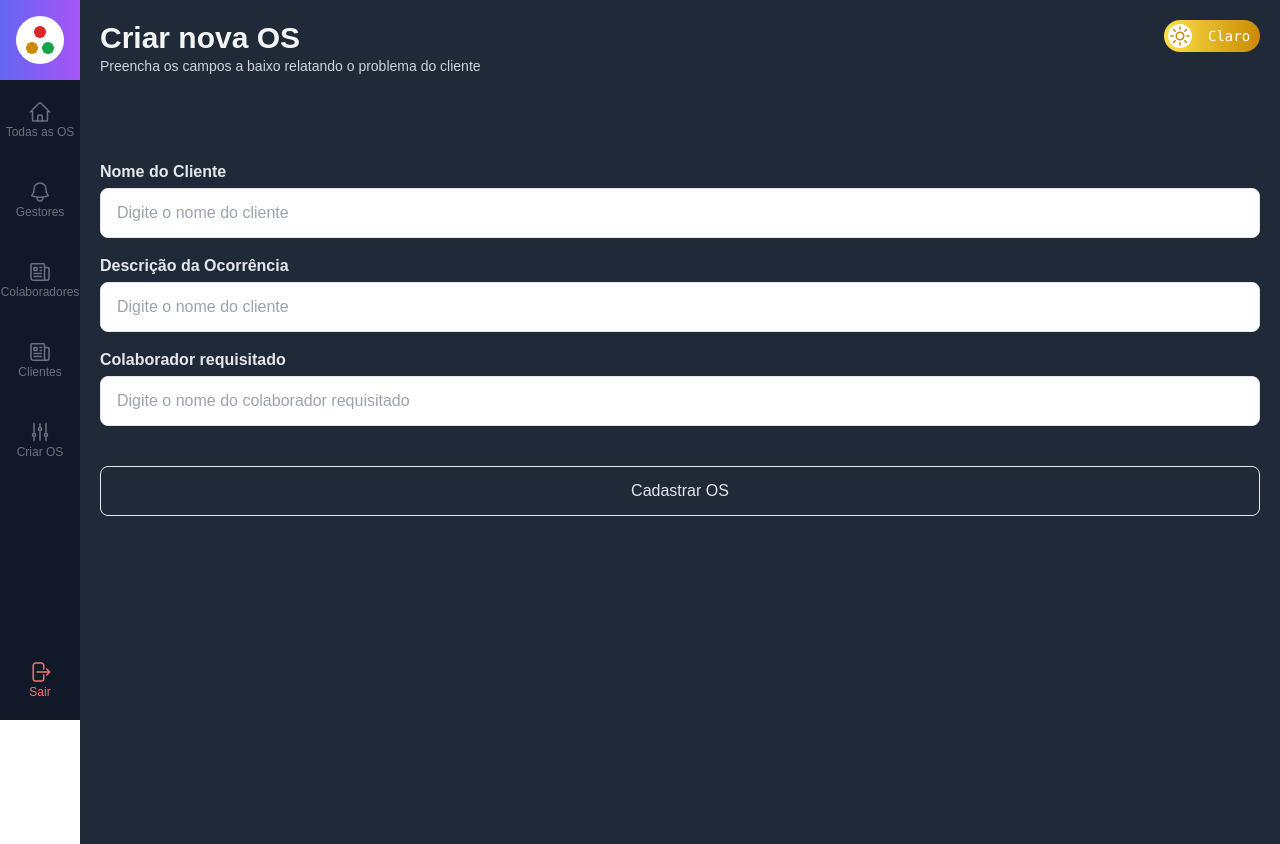
Repository: JackSSads/udemy-nextjs
Page: /create-os
The author's editor kept a copy of each file at every save. The page is drawn from the files as they stood at one save, then again after the next save.
The browser window is 1280 px wide. The pictures show the whole page.
The project was rebuilt for these pictures with package versions that can differ from the ones it lists, and the page was loaded fresh each time. The framework's server and built-in components were replaced by stand-ins that run in the browser. Also part of the build but not shown: next.config.js.

Above is the page before, as saved 2022-10-30 12:04:35.

### src/pages/_app.tsx
import '../styles/globals.css';
import { AppProvider } from "../data/context/AppContext";
import { AuthProvider } from "../data/context/AuthContext";

function MyApp({ Component, pageProps }) {
  return (
    <AuthProvider>
      <AppProvider>
        <Component {...pageProps} />
      </AppProvider>
    </AuthProvider>
  );
};

export default MyApp;

### src/pages/create-os.tsx
//import Template
import router from "next/router.js";
import { useState } from "react";
import FormPost from "../components/template/FormPost";
import Layout from "../components/template/Layout";

import { api_next } from "../lib/dturl";

// página JSX settings
export default function Settings() {

  const [nameClient, setNameClient] = useState("");
  const [description, setDescription] = useState("");
  const [collaborator, setCollaborator] = useState("");

  const [error, setError] = useState("");
  const [checkOsCreated, setCreckOsCrated] = useState("");

  function osCreated(message) {
    setCreckOsCrated(message);
    setTimeout(() => setCreckOsCrated(null), 5000);
  };

  function showError(message, time = 5) {
    setError(message);
    setTimeout(() => setError(null), time * 1000);
  };

  async function registerOs() {

    if (nameClient === "" || description === "" || collaborator === "") {
      showError("Preencha os campos corretamante!", 7);
      return
    };

    const date = new Date().toLocaleDateString();

    const data = {
      date: date,
      client: nameClient,
      description: description,
      collaborator_req: collaborator,
      status: false
    };

    const response = await fetch(`${api_next}/os`, {
      method: 'POST',
      headers: {
        'Content-Type': 'application/json',
      },
      body: JSON.stringify(data),
    });

    if (response.ok) {
      osCreated("Ordem de Serviço Criada com Sucesso!");

      setTimeout(() => { router.push('/'); }, 7000);

      console.log(response);
    };

    return response;
  };

  return (

    <Layout
      title="Criar nova OS"
      description="Preencha os campos a baixo relatando o problema do cliente">

      {error ? (
        <div className="
          flex items-center justify-center
          bg-red-400 text-white py-3 px-5 my-2
          border border-red-700 rounded-lg">
          <span className="ml-3">{error}</span>
        </div>
      ) : false}

      {checkOsCreated ? (
        <div className="
          flex items-center justify-center
          bg-green-400 text-white py-3 px-5 my-2
          border border-green-700 rounded-lg">
          <span className="ml-3">{checkOsCreated}</span>
        </div>
      ) : false}

      <div className="
        h-screen py-10 flex flex-col
      ">

        <FormPost
          label="Nome do Cliente"
          type="text"
          value={nameClient}
          changeValue={setNameClient}
          placeholder="Digite o nome do cliente"
          required></FormPost>

        <FormPost
          label="Descrição da Ocorrência"
          type="text"
          value={description}
          changeValue={setDescription}
          placeholder="Digite o nome do cliente"
          required></FormPost>

        <FormPost
          label="Colaborador requisitado"
          type="text"
          value={collaborator}
          changeValue={setCollaborator}
          placeholder="Digite o nome do colaborador requisitado"
          required></FormPost>

        <button
          onClick={registerOs}
          className={`
            border border-gray-200 py-3 hover:bg-gray-200
            mt-10 rounded-lg dark:hover:bg-gray-700 hover:border-indigo-500
        `}>
          Cadastrar OS
        </button>

      </div>
    </Layout>
  );
};

### src/styles/globals.css
@tailwind base;
@tailwind components;
@tailwind utilities;

@import url('https://fonts.googleapis.com/css2?family=Poppins:wght@100;200;300;400;500;600;700;800;900&display=swap');

html,
body {
  padding: 0;
  margin: 0;
  font-family: 'Poppins', sans-serif;
}

a {
  color: inherit;
  text-decoration: none;
}

* {
  box-sizing: border-box;
}

### src/data/context/AppContext.tsx
//import states
import { createContext, useState } from "react";

type Theme = "dark" | "";
type Color = "white" | "black";

interface AppContextProps {
    theme?: Theme;
    color?: Color;
    changeTheme?: () => void;
};

// extendendo interface AppContextProps
const AppContext = createContext<AppContextProps>({});

export function AppProvider(props) {
    const [theme, setTheme] = useState<Theme>("dark");
    const [color, setColor] = useState<Color>("white");

    function changeTheme() {
        setTheme(theme === "" ? "dark" : "");
        setColor(color === "white" ? "black" : "white");
    };

    return (
        <AppContext.Provider value={{
            theme,
            color,
            changeTheme
        }}>
            {props.children}
        </AppContext.Provider>
    );
};

export default AppContext;

### src/data/context/AuthContext.tsx
import router from "next/router.js";

import { createContext, useState } from "react";
import firebase from "../../firebase/config.js";
import User from "../../model/User.js";

interface AuthContextProps {
    user?: User;
    loginGoogle?: () => Promise<void>;
};

async function userNormalization(userFirabase: firebase.User): Promise<User> {

    const token = await userFirabase.getIdToken();

    return {
        uid: userFirabase.uid,
        name: userFirabase.displayName,
        email: userFirabase.email,
        token,
        provider: userFirabase.providerData[0].providerId,
        imageUrl: userFirabase.photoURL
    };
};

const AuthContext = createContext<AuthContextProps>({});

export function AuthProvider(props) {
    const [user, setUser] = useState<User>(null);

    async function loginGoogle() {

        const res = await firebase.auth().signInWithPopup(
            new firebase.auth.GoogleAuthProvider(),
        );

        // validação de login com Google
        if(res.user?.email) {
            const user = await userNormalization(res.user);
            setUser(user);

            router.push("/");
        };
    };

    return(
        <AuthContext.Provider value={{
            user,
            loginGoogle,
        }}>
            {props.children}
        </AuthContext.Provider>
    );
};

export default AuthContext;

### src/components/template/FormPost.tsx
interface FormPostProps {
    label: string;
    value: any;
    type?: "text" | "email" | "password";
    placeholder?: string;
    required?: boolean;
    changeValue: (newValue: any) => void;
};

export default function FormPost(props: FormPostProps) {

    return (
        <div className={`flex flex-col mt-4`}>

            <label className="font-semibold">{props.label}</label>

            <input
                type={props.type ?? "text"}
                value={props.value}
                placeholder={props.placeholder}
                onChange={event => props.changeValue?.(event.target.value)}
                required={props.required}
                className={`
                    px-4 py-3 rounded-lg mt-1 text-black
                    border focus:border-blue-500 focus:bg-white
                    focus:outline-none`}
            />
        </div>
    );
};

### src/components/template/Layout.tsx
//import components
import SideBar from "./SideBar";
import Header from "./Header";
import Content from "./Content";

// import custon hook
import useAppData from "../../data/hooks/useAppData";

interface LayoutProps {
    title: string;
    description?: string;
    children?: any;
};

// component JSX layout
export default function Layout(props: LayoutProps) {

    const { theme } = useAppData();

    return (
        <div className={`${theme} flex h-full w-full`} >

            <SideBar /> {/* Adicionando component JSX SideBar ao component JSX layout */}

            <div className={`flex flex-col w-full p-5 ml-20 bg-gray-100 dark:bg-gray-800`} >

                <Header /* Adicionando component JSX Header ao component JSX layout */

                    /* recebendo o titulo e subtitulo */
                    title={props.title}
                    description={props.description} />

                <Content > {/* Adicionando component JSX Component ao component JSX layout */}

                    <div className="flex flex-col">
                        {/* layout pode receber filhos (opsicional) */}
                        {props.children}
                    </div>

                </Content>
            </div >
        </div >
    );
};

### src/lib/dturl.ts
export const api_next = "http://localhost:3000/api"
export const api_nest = "http://localhost:5000"

### src/firebase/config.js
import firebase from "firebase";
import "firebase/auth";

if (!firebase.app.length) {
    firebase.initializeApp({
        apiKey: process.env.NEXT_PUBLIC_FIREBASE_API_KEY,
        authDomain: process.env.NEXT_PUBLIC_FIREBASE_AUTH_DOMAIN,
        projectId: process.env.NEXT_PUBLIC_FIREBASE_PROJECT_ID,
        storageBucket: process.env.NEXT_PUBLIC_FIREBASE_STORAGE_BUCKET,
        messagingSenderId: process.env.NEXT_PUBLIC_FIREBASE_MESSAGING_SENDER_ID,
        appId: process.env.NEXT_PUBLIC_FIREBASE_APP_ID
    });
};

export default firebase;

### src/components/template/SideBar.tsx
// Import icons
import { IconHome, IconBell, IconNew, IconSettings, IconLogout } from "../icons";

//import logo
import Logo from "./Logo";

//Import components
import MenuItem from "./MenuItem";

// component JSX SideBar
export default function SideBar() {
    return (
        <aside className={`
            flex flex-col
            position: fixed
            h-full
            bg-gray-200 text-gray-700
            dark:bg-gray-900 `}>

            {/* ícone logo */}
            <div className={`
                flex flex-col items-center justify-center
                bg-gradient-to-r from-indigo-500 to-purple-500
                h-20 w-20`}>

                <Logo /> {/* Inserindo logo */}

            </div>

            {/* ícones do menu lateral */}
            <ul className={`flex-grow`}>
                <MenuItem url="/" text="Todas as OS" icon={IconHome} />
                <MenuItem url="/managers" text="Gestores" icon={IconBell} />
                <MenuItem url="/collaborators" text="Colaboradores" icon={IconNew} />
                <MenuItem url="/clients" text="Clientes" icon={IconNew} />
                <MenuItem url="/create-os" text="Criar OS" icon={IconSettings} />
            </ul>

            {/* botão logout */}
            <ul>
                <MenuItem
                    text="Sair"
                    icon={IconLogout}
                    onClick={() => console.log("Logout")}
                    className={`
                        text-red-600 dark:text-red-400
                        hover:bg-red-400 hover:text-white
                        dark:hover:text-white`} />
            </ul>
        </aside>
    );
};

### src/components/template/Header.tsx
//import component
import Title from "./Title";

import BtnChangeTheme from "../btn/BtnChangeTheme";
import useAppData from "../../data/hooks/useAppData";

interface HeaderProps {
    title: string;
    description?: string;
};

// component JSX passando e requerendo o titulo e subtitulo
export default function Header(props: HeaderProps) {

    const { theme, changeTheme } = useAppData();

    return (
        <div className={`flex`}>
            <Title /* Adicionando component JSX Title ao component JSX Header */

                /* recebendo titulo */
                title={props.title}
                description={props.description}
            />
            <div className={`flex flex-grow justify-end`}>
                <BtnChangeTheme theme={theme} changeTheme={changeTheme} />
            </div>
        </div>
    );
};

### src/components/template/Content.tsx
interface ContentProps {
    children?: any;
};

// component JSX content
export default function Content(props: ContentProps){

    return (
        <div className={`flex flex-col mt-7 dark:text-gray-200`} >

            {props.children} {/* recebe componentes filho como parâmetro opsional */}

        </div>
    );
};

### src/data/hooks/useAppData.ts
import { useContext } from "react";
import AppContext from "../context/AppContext";

const useAppData = () => useContext(AppContext);

export default useAppData;

### src/components/icons/index.tsx
// icon location: https://heroicons.com/

export const IconHome = (
    <svg xmlns="http://www.w3.org/2000/svg" fill="none" viewBox="0 0 24 24" strokeWidth={1.5} stroke="currentColor" className="w-6 h-6">
        <path strokeLinecap="round" strokeLinejoin="round" d="M2.25 12l8.954-8.955c.44-.439 1.152-.439 1.591 0L21.75 12M4.5 9.75v10.125c0 .621.504 1.125 1.125 1.125H9.75v-4.875c0-.621.504-1.125 1.125-1.125h2.25c.621 0 1.125.504 1.125 1.125V21h4.125c.621 0 1.125-.504 1.125-1.125V9.75M8.25 21h8.25" />
    </svg>
);

export const IconSettings = (
    <svg xmlns="http://www.w3.org/2000/svg" fill="none" viewBox="0 0 24 24" strokeWidth={1.5} stroke="currentColor" className="w-6 h-6">
        <path strokeLinecap="round" strokeLinejoin="round" d="M6 13.5V3.75m0 9.75a1.5 1.5 0 010 3m0-3a1.5 1.5 0 000 3m0 3.75V16.5m12-3V3.75m0 9.75a1.5 1.5 0 010 3m0-3a1.5 1.5 0 000 3m0 3.75V16.5m-6-9V3.75m0 3.75a1.5 1.5 0 010 3m0-3a1.5 1.5 0 000 3m0 9.75V10.5" />
    </svg>
);

export const IconBell = (
    <svg xmlns="http://www.w3.org/2000/svg" fill="none" viewBox="0 0 24 24" strokeWidth={1.5} stroke="currentColor" className="w-6 h-6">
        <path strokeLinecap="round" strokeLinejoin="round" d="M14.857 17.082a23.848 23.848 0 005.454-1.31A8.967 8.967 0 0118 9.75v-.7V9A6 6 0 006 9v.75a8.967 8.967 0 01-2.312 6.022c1.733.64 3.56 1.085 5.455 1.31m5.714 0a24.255 24.255 0 01-5.714 0m5.714 0a3 3 0 11-5.714 0" />
    </svg>
);

export const IconNew = (
    <svg xmlns="http://www.w3.org/2000/svg" fill="none" viewBox="0 0 24 24" strokeWidth={1.5} stroke="currentColor" className="w-6 h-6">
        <path strokeLinecap="round" strokeLinejoin="round" d="M12 7.5h1.5m-1.5 3h1.5m-7.5 3h7.5m-7.5 3h7.5m3-9h3.375c.621 0 1.125.504 1.125 1.125V18a2.25 2.25 0 01-2.25 2.25M16.5 7.5V18a2.25 2.25 0 002.25 2.25M16.5 7.5V4.875c0-.621-.504-1.125-1.125-1.125H4.125C3.504 3.75 3 4.254 3 4.875V18a2.25 2.25 0 002.25 2.25h13.5M6 7.5h3v3H6v-3z" />
    </svg>
);

export const IconLogout = (
    <svg xmlns="http://www.w3.org/2000/svg" fill="none" viewBox="0 0 24 24" strokeWidth={1.5} stroke="currentColor" className="w-6 h-6">
        <path strokeLinecap="round" strokeLinejoin="round" d="M15.75 9V5.25A2.25 2.25 0 0013.5 3h-6a2.25 2.25 0 00-2.25 2.25v13.5A2.25 2.25 0 007.5 21h6a2.25 2.25 0 002.25-2.25V15m3 0l3-3m0 0l-3-3m3 3H9" />
    </svg>

);

export const IconSun = (size = 6) => (
    <svg xmlns="http://www.w3.org/2000/svg" fill="none" viewBox="0 0 24 24" strokeWidth={1.5} stroke="currentColor" className={`h-${size} w-${size}`}>
        <path strokeLinecap="round" strokeLinejoin="round" d="M12 3v2.25m6.364.386l-1.591 1.591M21 12h-2.25m-.386 6.364l-1.591-1.591M12 18.75V21m-4.773-4.227l-1.591 1.591M5.25 12H3m4.227-4.773L5.636 5.636M15.75 12a3.75 3.75 0 11-7.5 0 3.75 3.75 0 017.5 0z" />
    </svg>

);

export const IconMoon = (size = 6) => (
    <svg xmlns="http://www.w3.org/2000/svg" fill="none" viewBox="0 0 24 24" strokeWidth={1.5} stroke="currentColor" className={`h-${size} w-${size}`}>
        <path strokeLinecap="round" strokeLinejoin="round" d="M21.752 15.002A9.718 9.718 0 0118 15.75c-5.385 0-9.75-4.365-9.75-9.75 0-1.33.266-2.597.748-3.752A9.753 9.753 0 003 11.25C3 16.635 7.365 21 12.75 21a9.753 9.753 0 009.002-5.998z" />
    </svg>

);

export const IconWarn = (size = 6) => (
    <svg xmlns="http://www.w3.org/2000/svg" fill="none" viewBox="0 0 24 24" strokeWidth={1.5} stroke="currentColor" className={`h-${size} w-${size}`}>
        <path strokeLinecap="round" strokeLinejoin="round" d="M12 9v3.75m-9.303 3.376c-.866 1.5.217 3.374 1.948 3.374h14.71c1.73 0 2.813-1.874 1.948-3.374L13.949 3.378c-.866-1.5-3.032-1.5-3.898 0L2.697 16.126zM12 15.75h.007v.008H12v-.008z" />
    </svg>
)

### src/components/template/Logo.tsx
// component JSX logo
export default function Logo() {
    return (
        <div className={`
            flex flex-col items-center justify-center
            h-12 w-12 rounded-full bg-white`} >

            <div className={`h-3 w-3 rounded-full bg-red-600 mb-0.5`}></div>

            <div className={`flex mt-0.5`}>
                <div className={`h-3 w-3 rounded-full bg-yellow-600 mr-0.5`}></div>
                <div className={`h-3 w-3 rounded-full bg-green-600 ml-0.5`}></div>
            </div>
        </div>
    )
}

### src/components/template/MenuItem.tsx
// import component Link
import Link from "next/link";

interface MenuItemProps {
    url?: string;
    text: string;
    icon: any;
    className?: string;
    onClick?: (event: any) => void;
};

// component JSX MenuItem
export default function MenuItem(props: MenuItemProps) {

    function renderLink() {
        return (

            <a className={`
                    flex flex-col justify-center items-center
                    h-20 w-20 dark:text-gray-500
                    ${props.className}`} >

                {props.icon}

                <span className={`text-xs font-light`}>

                    {props.text}

                </span>
            </a>
        );
    };

    return (
        <li onClick={props.onClick} className={`
        hover:bg-gray-100 dark:hover:bg-gray-800
        cursor-poiner`} >

            {/* verificação se há um link sendo passado como parâmetro */}
            {props.url ? (

                <Link href={props.url}>

                    {renderLink()}

                </Link>

            ) : (

                renderLink()

            )}
        </li>
    );
};

### src/components/template/Title.tsx
interface TitleProps {
    title: string;
    description?: string;
};

// component JSX titulo
export default function Title(props: TitleProps) {
    return (
        <div>
            <h1 className={` font-black text-3xl text-gray-900 dark:text-gray-100`} >

                {props.title} {/* recebe o título da página como parâmetro */}

            </h1>

            <h2 className={`font-light text-sm dark:text-gray-300`} >

                {props.description} {/* recebe o subtitulo da página como parâmetro */}

            </h2>
        </div>
    );
};

### src/components/btn/BtnChangeTheme.tsx
//import icons
import { IconSun, IconMoon } from "../icons/index";

interface BtnChangeThemeProps {
    theme: string;
    changeTheme: () => void;
};

export default function BtnChangeTheme(props: BtnChangeThemeProps) {
    return props.theme === "dark" ? (
        <div onClick={props.changeTheme}
            className={`
                hidden sm:flex items-center cursor-pointer rounded-full
                bg-gradient-to-r from-yellow-300 to-yellow-600
                w-14 lg:w-24 h-8 p-1 `}>

            <div className={`
                flex items-center justify-center
                bg-white text-yellow-600 w-6 h-6 rounded-full`}>

                {IconSun(4)}

            </div>

            <div className={`
                hidden lg:flex items-center ml-4
                text-white`}>

                <samp className={`text-sm`}>Claro</samp>

            </div>
        </div>
    ) : (
        <div onClick={props.changeTheme}
            className={`
                hidden sm:flex items-center justify-end cursor-pointer rounded-full
                bg-gradient-to-r from-gray-500 to-gray-900
                w-14 lg:w-24 h-8 p-1 `}>

            <div className={`
                hidden lg:flex items-center mr-4
                text-gray-300`}>

                <samp className={`text-sm`}>Dark</samp>

            </div>

            <div className={`
                flex items-center justify-center
                bg-black text-yellow-600 w-6 h-6 rounded-full`}>

                {IconMoon(4)}

            </div>
        </div>
    );
};

### tailwind.config.js
/** @type {import('tailwindcss').Config} */
module.exports = {
  content: [
    "./src/pages/**/*.{js,ts,jsx,tsx}",
    "./src/components/**/*.{js,ts,jsx,tsx}",
  ],
  darkMode: 'class', // or'media' or 'class'
  theme: {
    extend: {},
  },
  plugins: [],
}

After the next save:
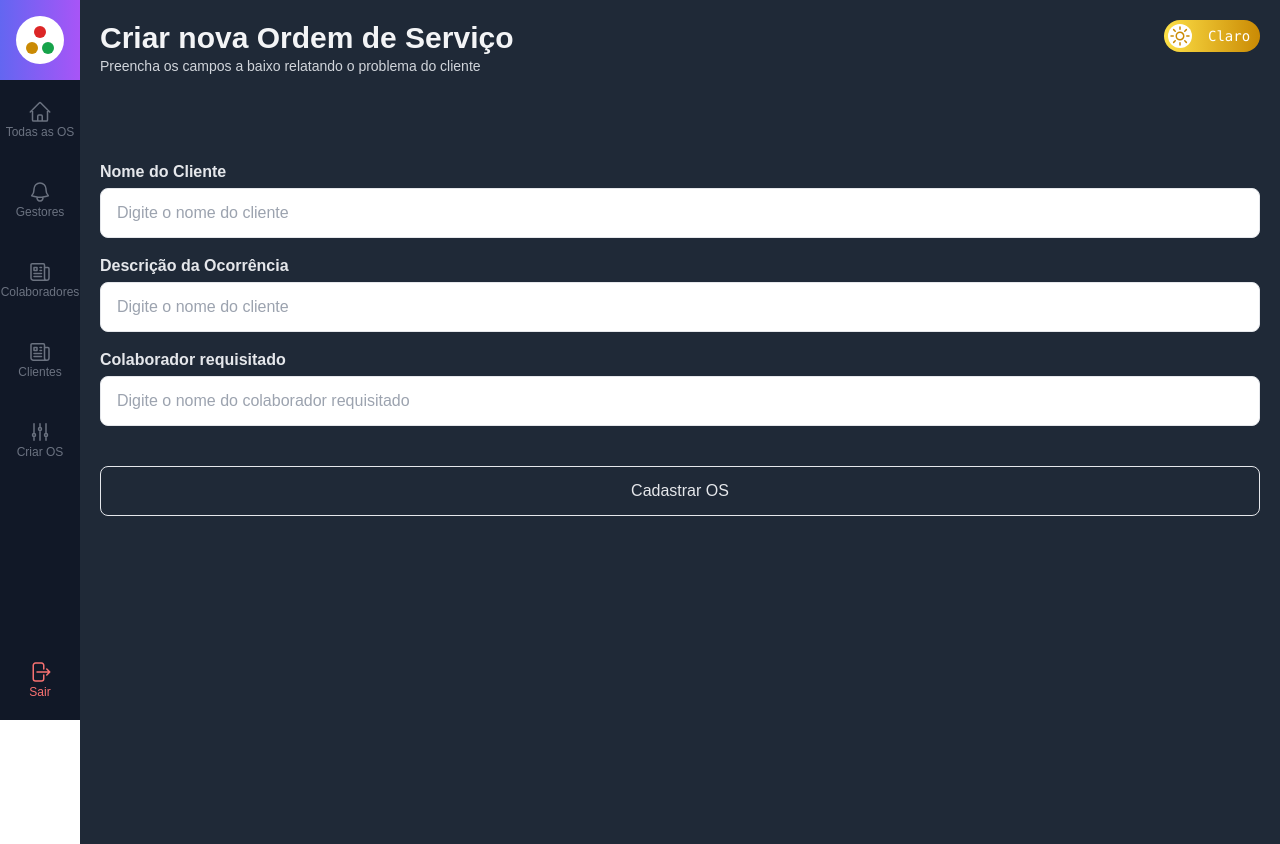
Saved 14 min 52 s later.
--- a/src/pages/create-os.tsx
+++ b/src/pages/create-os.tsx
@@ -65,7 +65,7 @@ export default function Settings() {
   return (
 
     <Layout
-      title="Criar nova OS"
+      title="Criar nova Ordem de Serviço"
       description="Preencha os campos a baixo relatando o problema do cliente">
 
       {error ? (
